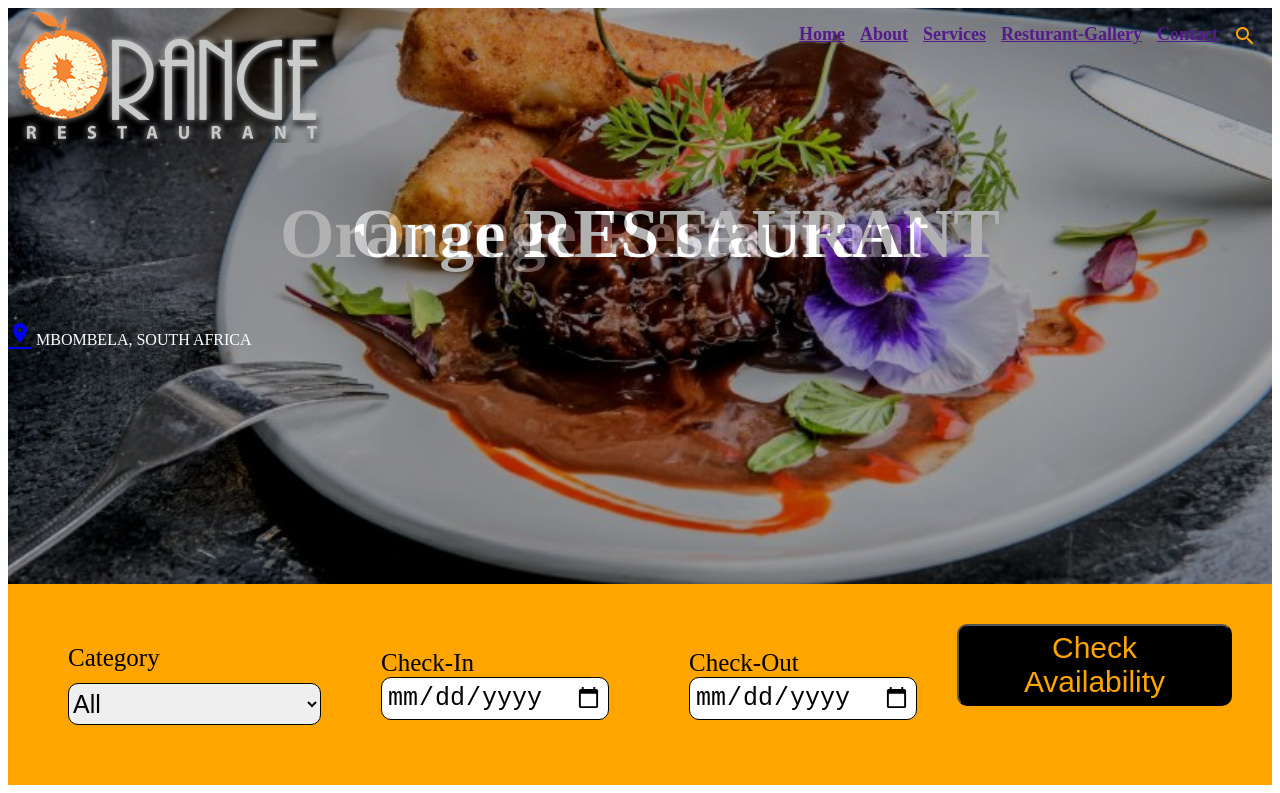
Repository: KaraboM20/KaraboUpdatedProjectOrang-Rest
Page: index.html
The author's editor kept a copy of each file at every save. The page is drawn from the files as they stood at one save, then again after a run of saves.
The browser window is 1280 px wide. The pictures show the whole page.

Above is the page before, as saved 2024-11-21 16:23:31.

After the next 2 saves:
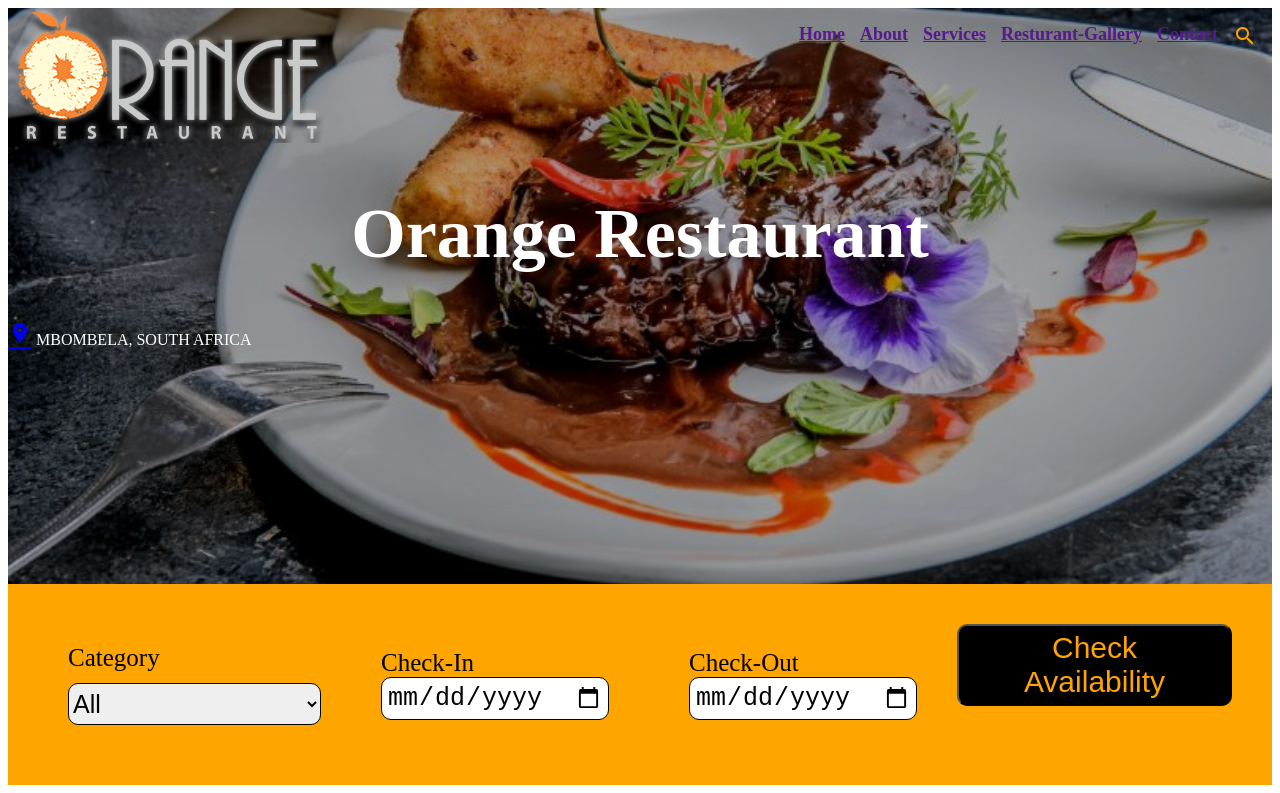
The 2 saves are shown as one change because they came seconds apart.
The last was saved 8 s later.
--- a/index.html
+++ b/index.html
@@ -60,7 +60,7 @@
         </div>
 
         <div class="banner-wrap">
-            <div class="name"><h1>Orange RESTAURANT</h1></div>
+            <div class="name"><h1>Orange Restaurant</h1></div>
             <div class="icon-div">
             <span class="icon">
                 <span class="material-icons"><a href="https://www.google.com/maps/dir//4+Du+Preez+St,+Mbombela,+1200/@-25.4780157,30.9067737,12z/data=!4m8!4m7!1m0!1m5!1m1!1s0x1ee849f51301d8b7:0xb337d404eb7d9758!2m2!1d30.9891752!2d-25.4780387?entry=ttu&g_ep=EgoyMDI0MTExOC4wIKXMDSoASAFQAw%3D%3D" target="_blank">location_on</a> </span>
